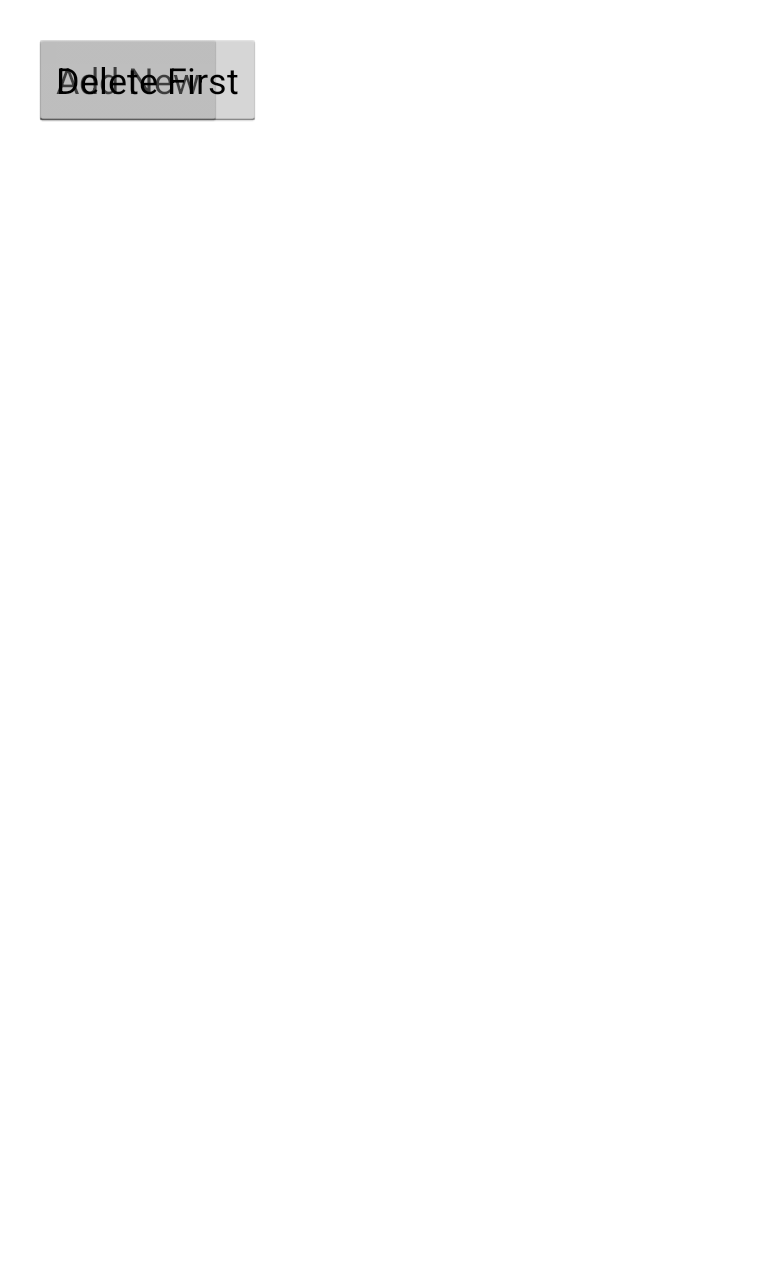
Repository: floriandrs/ttracker
Layout: TTracker/res/layout/activity_view_all_categories.xml
The author's editor kept a copy of each file at every save. The layout is drawn from the files as they stood at one save, then again after the next save.
It is drawn on a 768 x 1280 px phone screen (xhdpi) without system bars, with theme AppTheme; the app's code is not run. Lists and similar views that code fills are empty.

Above is the layout before, as saved 2015-02-23 19:23:16.

After the next save:
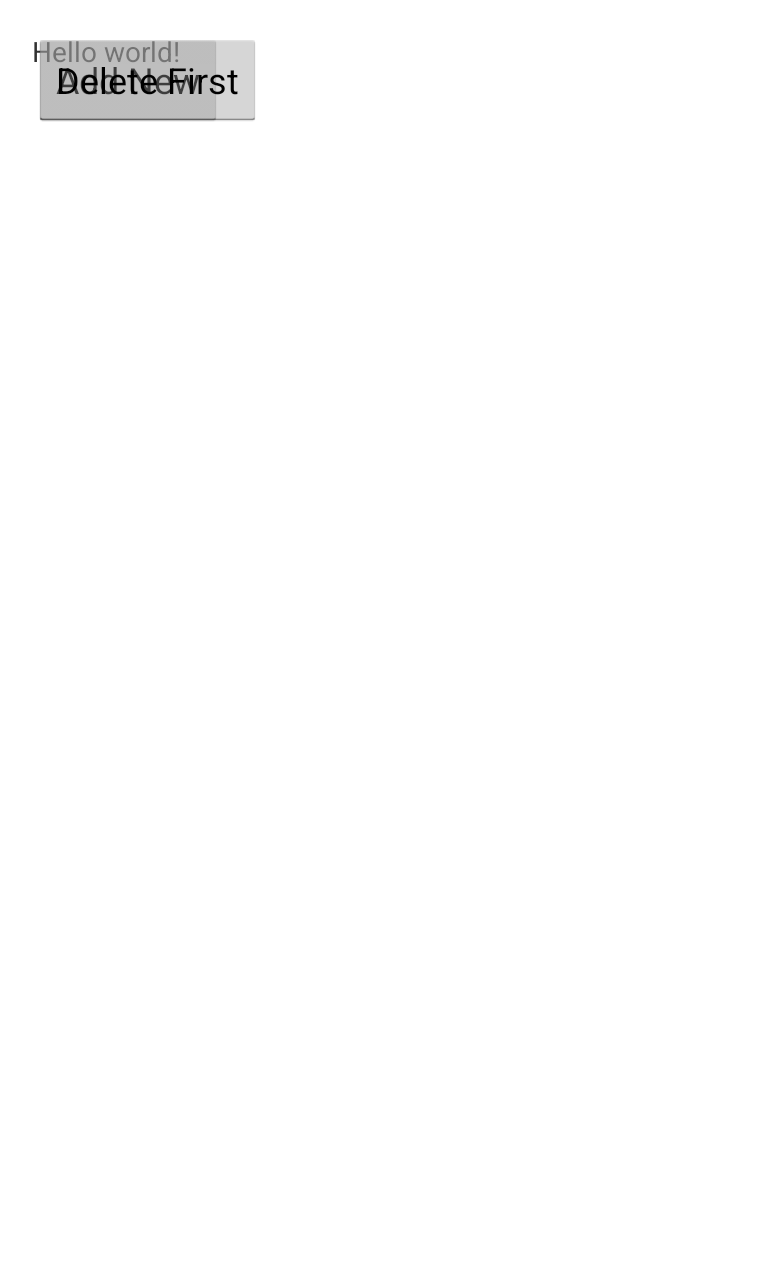
Saved 85 s later.
--- a/TTracker/res/layout/activity_view_all_categories.xml
+++ b/TTracker/res/layout/activity_view_all_categories.xml
@@ -8,6 +8,10 @@
     android:paddingTop="@dimen/activity_vertical_margin"
     tools:context="com.slart.ttracker.activitiy.ViewAllCategoriesActivity" >
 
+       <TextView
+        android:layout_width="wrap_content"
+        android:layout_height="wrap_content"
+        android:text="@string/hello_world" />
 
         <Button
             android:id="@+id/add"
